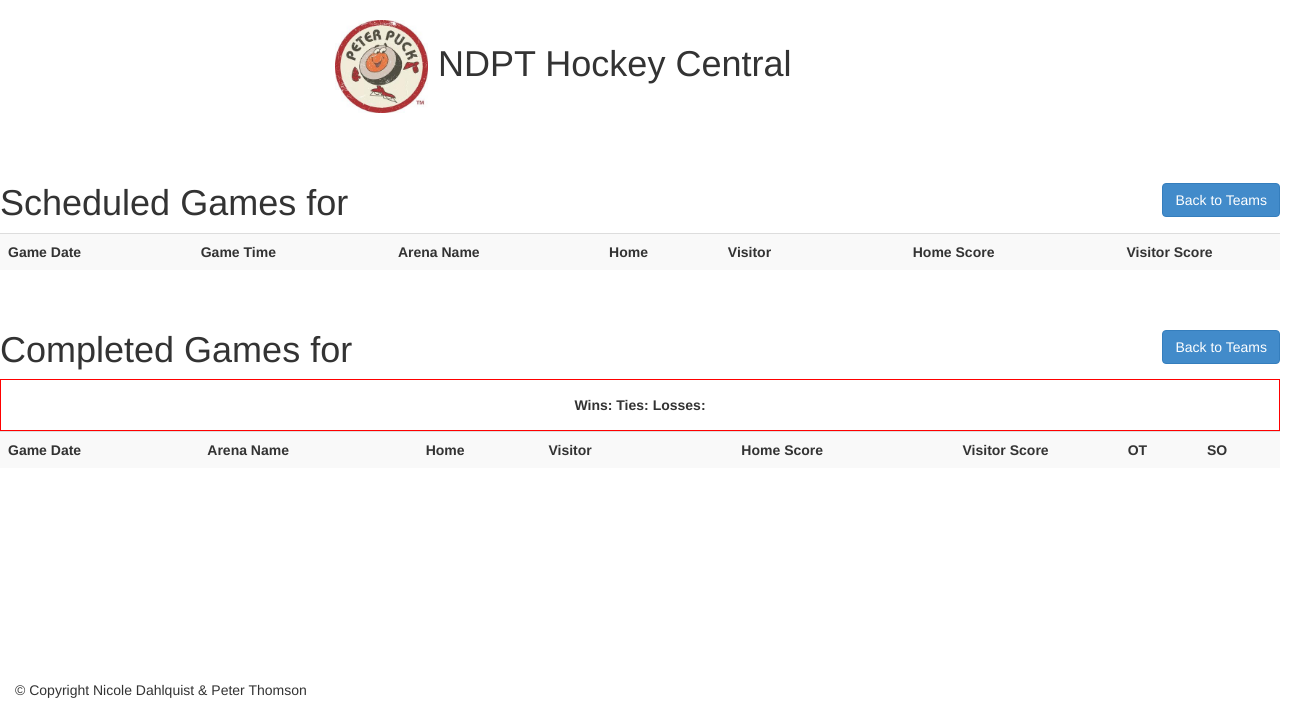
Repository: PeterNicole/JavaEE
Page: http://localhost/NDPTAssn2/Schedule.jsp
An editor plug-in stored every save of this project. The page is shown before and after the next save, followed by the edit.
The browser window is 1280 px wide. The page is 1295 px wide, so the pictures cover 1295 px, including what lies to the right of the window. The pictures show the whole page.
The page is served by Tomcat 9. Other server files are loaded and not shown. The template is opened directly, without the code that normally fills it, so the values that code supplies are empty.

Above is the page before, as saved 2016-07-21 23:14:40.

### NDPTAssn2/NDPTAssn2/WebContent/Schedule.jsp
<!--
 * @author Nicole Dahlquist & Peter Thomson
 * July 12, 2016
 * PROG3060 - NDPTAssn2
 * Schedule.jsp
 * jsp for displaying team schedule
 -->
 <%@ page language="java" contentType="text/html; charset=ISO-8859-1"
    pageEncoding="ISO-8859-1"%>
<%@ taglib prefix="c" uri="http://java.sun.com/jsp/jstl/core"%>
<%@ taglib prefix="fmt" uri="http://java.sun.com/jsp/jstl/fmt"%>
<jsp:include page="Banner.jsp" />
	<h1>Scheduled Games for ${teamName} <a class="btn btn-primary" style="float:right;" href="<c:url value='/Team'></c:url>">Back to Teams</a></h1>
	<table class="table table-striped">
		<tr>
			<th>Game Date</th>
			<th>Game Time</th>
			<th>Arena Name</th>
			<th>Home</th>
			<th>Visitor</th>
			<th style="text-align:center">Home Score</th>
			<th style="text-align:center">Visitor Score</th>
		</tr>
		<c:forEach var = "game" items = "${scheduledGames}">
			<tr>
				<td><fmt:formatDate value="${game.gameDate}" pattern="dd-MM-yyyy" /></td>
				<td><fmt:formatDate value="${game.gameTime}" pattern="h:mm a" /></td>
				<td>${game.arena.arenaName}</td>
				<td>${game.home.teamName}</td>
				<td>${game.visitor.teamName}</td>
				<td></td>
				<td></td>
			</tr>
		</c:forEach>
	</table>
	<br/>
	<h1>Completed Games for ${teamName} <a class="btn btn-primary" style="float:right;" href="<c:url value='/Team'></c:url>">Back to Teams</a></h1>
	<table class="table table-striped">
		<caption style="font-weight:bold;padding:15px 0;border: 1px red solid;">Wins:  ${wins}  Ties: ${ties}  Losses: ${losses}</caption>
		<tr style="text-align:center">
			<th>Game Date</th>
			<th>Arena Name</th>
			<th>Home</th>
			<th>Visitor</th>
			<th style="text-align:center">Home Score</th>
			<th style="text-align:center">Visitor Score</th>
			<th>OT</th>
			<th>SO</th>
		</tr>
		<c:forEach var = "game" items = "${completedGames}">
			<tr>
				<td><fmt:formatDate value="${game.gameDate}" pattern="dd-MM-yyyy" /></td>
				<td>${game.arena.arenaName}</td>
				<td>${game.home.teamName}</td>
				<td>${game.visitor.teamName}</td>
				<td style="text-align:center">${game.homeScore}</td>
				<td style="text-align:center">${game.visitorScore}</td>
				<td>${game.OT}</td>
				<td>${game.SO}</td>
			</tr>
		</c:forEach>
	</table>
<jsp:include page="Footer.jsp" />

### NDPTAssn2/NDPTAssn2/WebContent/Banner.jsp
<!--
 * @author Nicole Dahlquist & Peter Thomson
 * July 12, 2016
 * PROG3060 - NDPTAssn2
 * Banner.jsp
 * jsp for banner displayed at top of each page
 -->

<%--Peter-Puck icon from http://4.bp.blogspot.com/-4-8MLSvfSmM/Tdk0BpimEbI/AAAAAAAAo_k/rOvYOyAFlCg/s320/Peter-Puck.jpg --%>
<%-- Dice image from http://www.friv1000000online.com/ --%>
<%@page contentType="text/html" pageEncoding="UTF-8"%>
<!DOCTYPE html>
<html>
    <head>
        <meta http-equiv="Content-Type" content="text/html; charset=UTF-8">
        <title>NDPT Hockey Central</title>
        <link rel="icon" href="images/NDPT-icon.png" type="image/x-png" />
        <link rel="stylesheet" href="styles/bootstrap.min.css">
    </head>
    <body style="margin-bottom: 20px;">

        <header>
            <h1 class="col-sm-offset-3 col-sm-9"><img src="images/Peter-Puck.jpg" width="10%" height="10%" alt="Roll The Dice"/>  NDPT Hockey Central</h1>
        </header>
	    <div class="row"><br/></div>
	    <div class="row"><br/></div>
	    <div class="row"><br/></div>

### NDPTAssn2/NDPTAssn2/WebContent/Footer.jsp
<!--
 * @author Nicole Dahlquist & Peter Thomson
 * July 12, 2016
 * PROG3060 - NDPTAssn2
 * Footer.jsp
 * jsp for footer displayed at the bottom of each page
 -->

		<div class="row"><br/></div>
		<footer style="clear: both;	bottom: 0; position: fixed;	max-width: 100%; width: 100%; padding: 10px 15px; background-color: white;">
            <p>&copy; Copyright ${currentYear} Nicole Dahlquist &amp; Peter Thomson</p>
        </footer>
    </body>
</html>

Loaded but not shown: NDPTAssn2/NDPTAssn2/WebContent/styles/bootstrap.min.css (library)

After the next save:
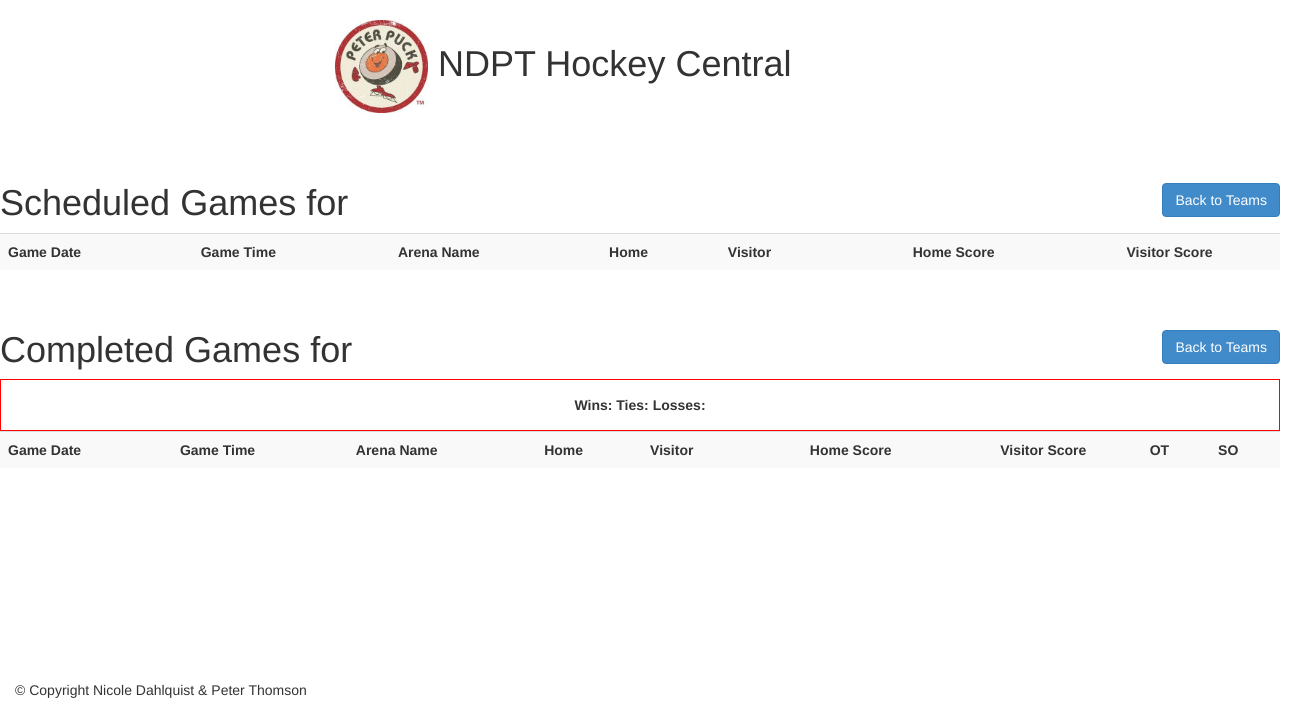
Saved 22 s later.
--- a/NDPTAssn2/NDPTAssn2/WebContent/Schedule.jsp
+++ b/NDPTAssn2/NDPTAssn2/WebContent/Schedule.jsp
@@ -39,6 +39,7 @@
 		<caption style="font-weight:bold;padding:15px 0;border: 1px red solid;">Wins:  ${wins}  Ties: ${ties}  Losses: ${losses}</caption>
 		<tr style="text-align:center">
 			<th>Game Date</th>
+			<th>Game Time</th>
 			<th>Arena Name</th>
 			<th>Home</th>
 			<th>Visitor</th>
@@ -50,6 +51,7 @@
 		<c:forEach var = "game" items = "${completedGames}">
 			<tr>
 				<td><fmt:formatDate value="${game.gameDate}" pattern="dd-MM-yyyy" /></td>
+				<td><fmt:formatDate value="${game.gameTime}" pattern="h:mm a" /></td>
 				<td>${game.arena.arenaName}</td>
 				<td>${game.home.teamName}</td>
 				<td>${game.visitor.teamName}</td>
